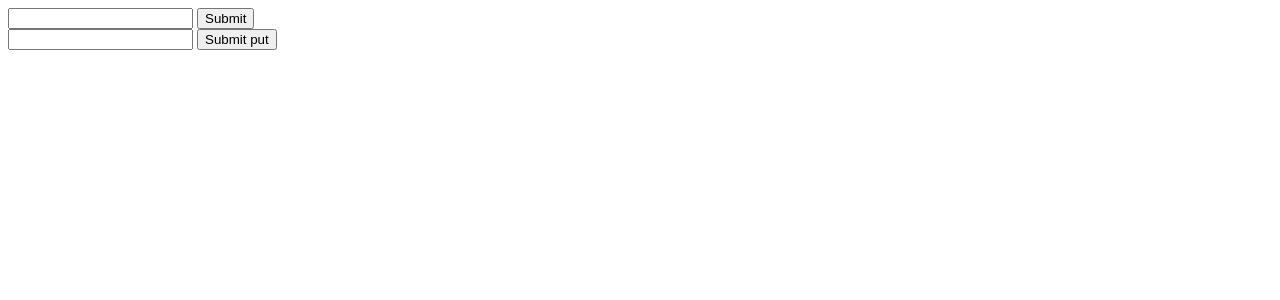
Repository: Abdulahi338/Basics-of-Controllers-using-laravel
Page: http://localhost/
An editor plug-in stored every save of this project. The page is shown before and after a run of saves, followed by the edit.
The browser window is 1280 px wide. The pictures show the whole page.
The page is served by the project's Laravel application, run on PHP 8.4 with Laravel 12. Other server files are loaded and not shown.

Above is the page before, as saved 2024-08-28 14:50:25.

### routes/web.php
<?php

use Illuminate\Support\Facades\Route;
use Illuminate\Http\Request; // Import the Request class
Route::get('/', function () {
    return view('welcome');
});

Route::post('/', function (Request $request) {
    dd($request->all());
});

Route::put('/{id}', function (Request $request , $id) {
    // dd($request->all());
    return $id;
});
// Route::view('/','post');

### resources/views/welcome.blade.php
<!DOCTYPE html>
<html lang="en">
<head>
    <meta charset="UTF-8">
    <meta name="viewport" content="width=device-width, initial-scale=1.0">
    <meta http-equiv="X-UA-Compatible" content="ie=edge">
    <title>welcome</title>
</head>
<body>
    <form action="/" method="post">
        @csrf
        <input type="text" name="userName">
        <button type="submit">Submit</button>
    </form>
    <form action="/2" method="post">
        @csrf
        @method('put')
        <input type="text" name="userName" id="">
        <button type="submit">Submit put</button>
    </form>
</body>
</html>

After the next 4 saves:
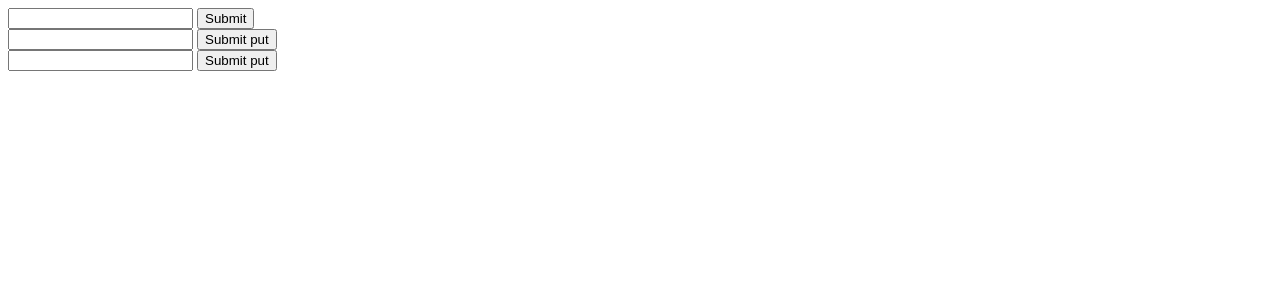
The 4 saves are shown as one change because they came seconds apart.
The last was saved 2 min 4 s later.
--- a/resources/views/welcome.blade.php
+++ b/resources/views/welcome.blade.php
@@ -18,5 +18,11 @@
         <input type="text" name="userName" id="">
         <button type="submit">Submit put</button>
     </form>
+    <form action="/200" method="post">
+        @csrf
+        @method('put')
+        <input type="text" name="userName" id="">
+        <button type="submit">Submit put</button>
+    </form>
 </body>
 </html>
